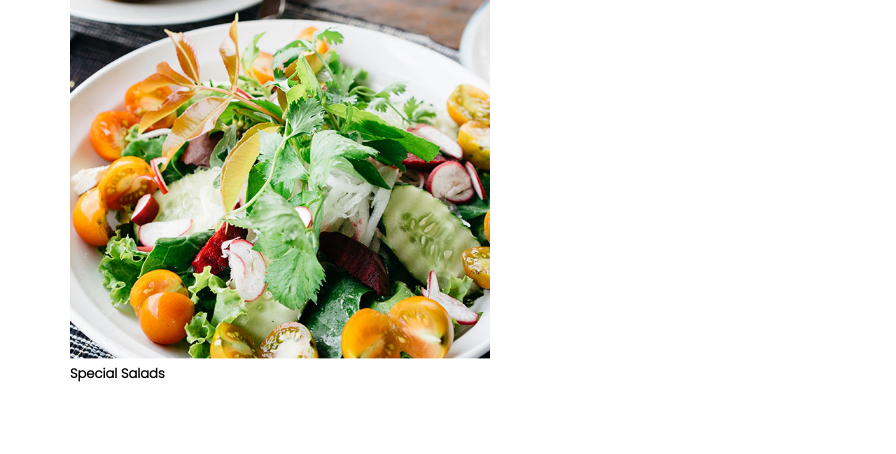
Repository: Adriandias1997/MobileFriendly_FoodWebsite
Page: index.html
These files come from the project's save history. The page is drawn as it stood at one moment and after the next save; the edit follows.
The browser window is 1280 px wide. The pictures show the part of the page from y = 3510 to 5430 px (the page is 4158 px tall before and 5430 px after), at 70% of full size.

Above is the page before, as saved 2020-10-16 13:28:50.

After the next save:
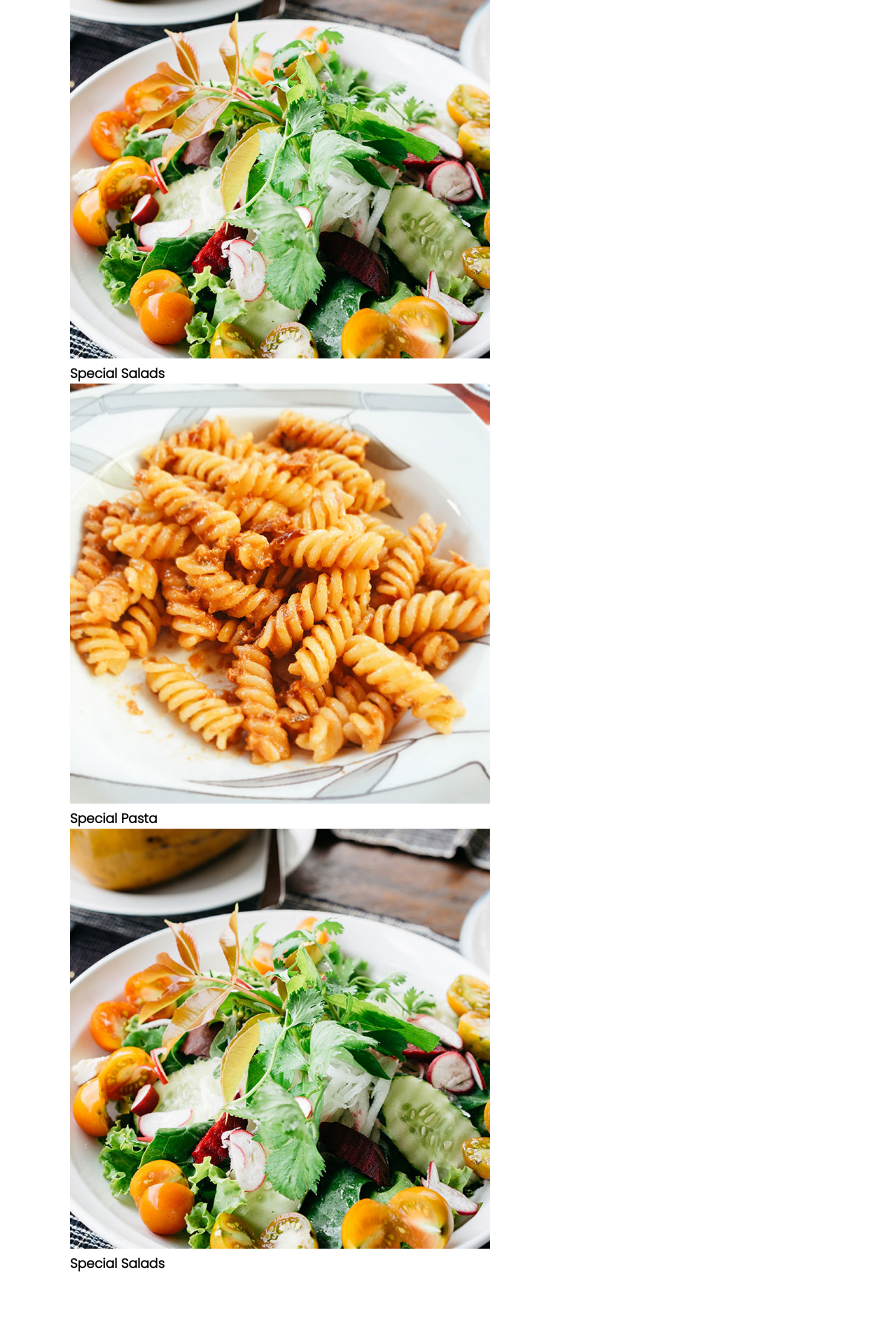
Saved 27 s later.
--- a/index.html
+++ b/index.html
@@ -86,6 +86,22 @@
                     <h3>Special Salads</h3>
                 </div>
             </div>
+            <div class="box">
+                <div class="imgBx">
+                    <img src="Images/menu3.jpg" alt="">
+                </div>
+                <div class="text">
+                    <h3>Special Pasta</h3>
+                </div>
+            </div>
+            <div class="box">
+                <div class="imgBx">
+                    <img src="Images/menu4.jpg" alt="">
+                </div>
+                <div class="text">
+                    <h3>Special Salads</h3>
+                </div>
+            </div>
         </div>
     </section>
 
